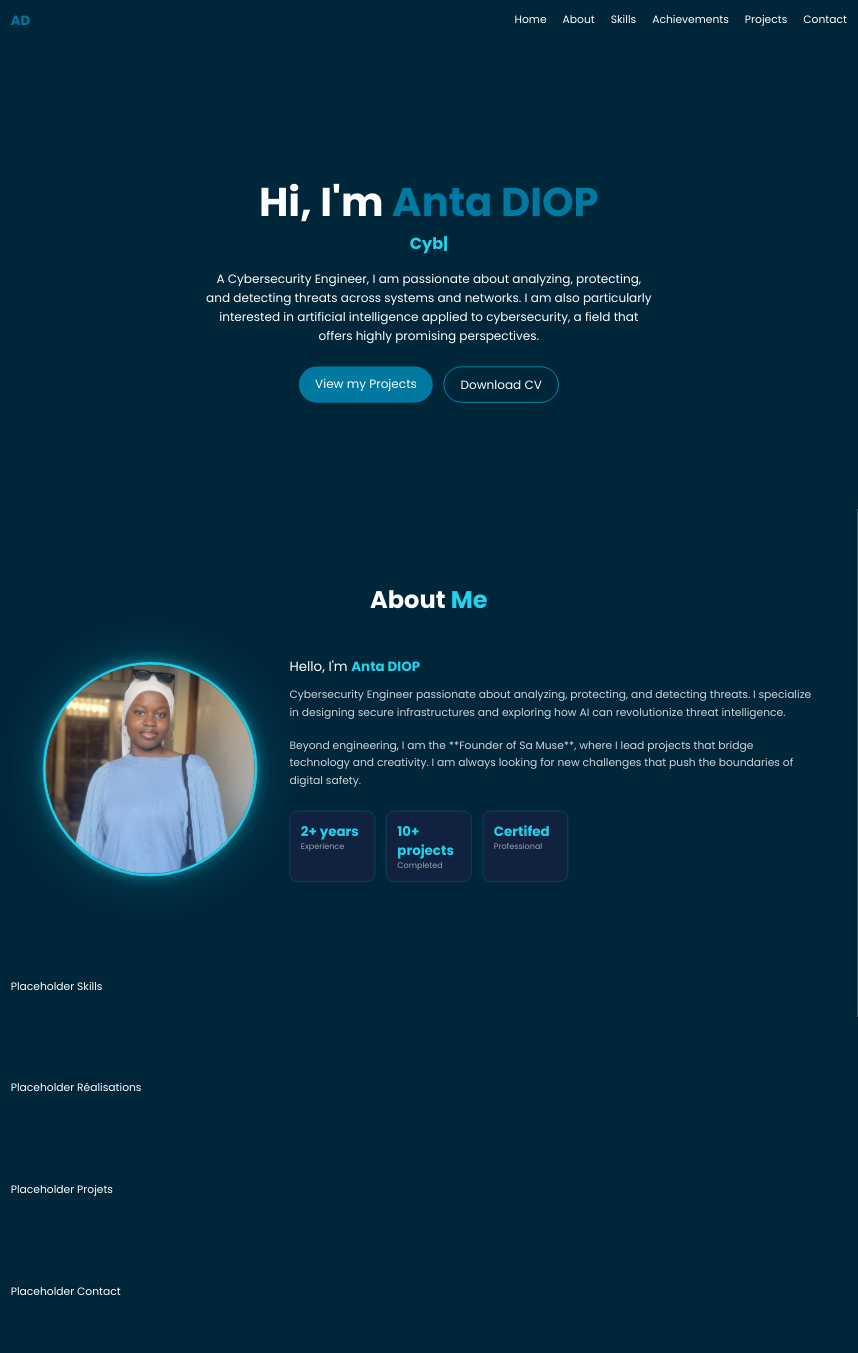
Repository: AntaaaKD/Mon-Portfolio
Page: /
The author's editor kept a copy of each file at every save. The page is drawn from the files as they stood at one save, then again after the next save.
The browser window is 1280 px wide. The pictures show the whole page, at 67% of full size.
The project was rebuilt for these pictures with package versions that can differ from the ones it lists, and the page was loaded fresh each time.

Above is the page before, as saved 2026-01-14 22:41:26.

### public/index.html
<!DOCTYPE html>
<html lang="en">
  <link href="https://fonts.googleapis.com/css2?family=Poppins:wght@400;600;700&display=swap" rel="stylesheet">
  <head>
    <meta charset="utf-8" />
    <link rel="icon" href="%PUBLIC_URL%/favicon.ico" />
    <meta name="viewport" content="width=device-width, initial-scale=1" />
    <meta name="theme-color" content="#000000" />
    <meta
      name="description"
      content="Web site created using create-react-app"
    />
    <link rel="apple-touch-icon" href="%PUBLIC_URL%/logo192.png" />
    <!--
      manifest.json provides metadata used when your web app is installed on a
      user's mobile device or desktop. See https://developers.google.com/web/fundamentals/web-app-manifest/
    -->
    <link rel="manifest" href="%PUBLIC_URL%/manifest.json" />
    <!--
      Notice the use of %PUBLIC_URL% in the tags above.
      It will be replaced with the URL of the `public` folder during the build.
      Only files inside the `public` folder can be referenced from the HTML.

      Unlike "/favicon.ico" or "favicon.ico", "%PUBLIC_URL%/favicon.ico" will
      work correctly both with client-side routing and a non-root public URL.
      Learn how to configure a non-root public URL by running `npm run build`.
    -->
    <title>React App</title>
  </head>
  <body>
    <noscript>You need to enable JavaScript to run this app.</noscript>
    <div id="root"></div>
    <!--
      This HTML file is a template.
      If you open it directly in the browser, you will see an empty page.

      You can add webfonts, meta tags, or analytics to this file.
      The build step will place the bundled scripts into the <body> tag.

      To begin the development, run `npm start` or `yarn start`.
      To create a production bundle, use `npm run build` or `yarn build`.
    -->
  </body>
</html>

### src/index.css
@tailwind base;
@tailwind components;
@tailwind utilities;

body {
  margin: 0;
  font-family: 'Poppins', sans-serif;
  -webkit-font-smoothing: antialiased;
  -moz-osx-font-smoothing: grayscale;
}

code {
  font-family: source-code-pro, Menlo, Monaco, Consolas, 'Courier New',
    monospace;
}

### src/App.js
import React from 'react';
import Navbar from './components/Navbar';
import Home from './components/Home';  // Ajoute cet import
import About from './components/About';

function App() {
  return (
    <div className="min-h-screen bg-custom-blue text-white">
      <Navbar />
      <main className="container mx-auto p-4">
        <Home />  {/* Remplace le placeholder */}
        <About />
        <section id="skills" className="py-16">Placeholder Skills</section>
        <section id="achievements" className="py-16">Placeholder Réalisations</section>
        <section id="projects" className="py-16">Placeholder Projets</section>
        <section id="contact" className="py-16">Placeholder Contact</section>
      </main>
    </div>
  );
}

export default App;

### src/components/Navbar.jsx
import React, { useState, useEffect } from 'react';

const Navbar = () => {
  const [scrolled, setScrolled] = useState(false);

  useEffect(() => {
    const handleScroll = () => {
      if (window.scrollY > 50) {
        setScrolled(true);
      } else {
        setScrolled(false);
      }
    };

    window.addEventListener('scroll', handleScroll);
    return () => window.removeEventListener('scroll', handleScroll);
  }, []);

  return (
    <nav
        className={`p-4 sticky top-0 z-10 transition-all duration-300 ${
            scrolled
            ? 'bg-custom-blue bg-opacity-0 backdrop-blur-md'  // Semi-transparent (30%) + blur fort
            : 'bg-custom-blue'  // Bleu solide au top
        }`}
    >
        <div className="container mx-auto flex justify-between items-center">
            <h1 className="text-xl font-bold text-blue-text">AD</h1>
            <ul className="flex space-x-6 text-white">
            <li><a href="#home" className="hover:text-cyan-300">Home</a></li>
            <li><a href="#about" className="hover:text-cyan-300">About</a></li>
            <li><a href="#skills" className="hover:text-cyan-300">Skills</a></li>
            <li><a href="#achievements" className="hover:text-cyan-300">Achievements</a></li>
            <li><a href="#projects" className="hover:text-cyan-300">Projects</a></li>
            <li><a href="#contact" className="hover:text-cyan-300">Contact</a></li>
            </ul>
        </div>
    </nav>
  );
};

export default Navbar;

### src/components/Home.jsx
import React, { useEffect, useRef } from 'react';
import Typed from 'typed.js';

const Home = () => {
  // Création d'une référence pour l'élément qui accueillera l'animation
  const el = useRef(null);

  useEffect(() => {
    const typed = new Typed(el.current, {
      strings: [
        "Cybersecurity Engineer",
        "Founder of Sa Muse",
      ],
      typeSpeed: 100,
      backSpeed: 90,
      loop: true,
    });

    // Nettoyage de l'animation pour éviter les bugs de mémoire
    return () => {
      typed.destroy();
    };
  }, []);

  return (
    <section id="home" className="flex flex-col items-center justify-center h-screen text-center px-4">
      <h1 className="text-6xl font-bold mb-4">
        Hi, I'm <span className="text-blue-text">Anta DIOP</span>
      </h1>

      {/* On applique la ref ici pour l'animation */}
      <h2 className="text-2xl font-bold text-cyan-400 mb-6 h-8">
        <span ref={el}></span>
      </h2>

      <p className="text-lg mb-8 max-w-2xl">
        A Cybersecurity Engineer, I am passionate about analyzing, protecting, and detecting threats across systems and networks.
        I am also particularly interested in artificial intelligence applied to cybersecurity, a field that offers highly promising perspectives.
      </p>

      <div className="flex space-x-4">
        <a href="#projects" className="bg-blue-text text-lg px-6 py-3 rounded-full hover:bg-cyan-400 transition">
            View my Projects
        </a>
        <a href="/cv.pdf" download className="px-6 py-3 rounded-full border border-cyan-500 text-lg hover:bg-cyan-500 hover:text-custom-blue transition">
            Download CV
        </a>
      </div>
    </section>
  );
};

export default Home;

### src/components/About.jsx
import React from 'react';

const About = () => {
  return (
    <section id="about" className="py-20 px-4 bg-custom-blue text-white">
      <div className="max-w-6xl mx-auto">
        {/* Titre de la section */}
        <h2 className="text-4xl font-bold text-center mb-16">
          About <span className="text-cyan-400">Me</span>
        </h2>

        <div className="flex flex-col md:flex-row items-center justify-between gap-12">

          {/* Colonne Image avec l'effet de halo bleu */}
          <div className="relative w-64 h-64 md:w-80 md:h-80">
            <div className="absolute inset-0 rounded-full bg-cyan-400 opacity-20 blur-2xl animate-pulse"></div>
            <div className="relative w-full h-full rounded-full border-4 border-cyan-400 overflow-hidden shadow-[0_0_20px_rgba(34,211,238,0.5)]">
              <img
                src="/image1.png"
                alt="Anta DIOP"
                className="w-full h-full object-cover"
              />
            </div>
          </div>

          {/* Colonne Texte */}
          <div className="flex-1 text-center md:text-left">
            <h3 className="text-xl mb-4">
              Hello, I'm <span className="text-cyan-400 font-bold">Anta DIOP</span>
            </h3>
            <p className="text-gray-300 mb-6 leading-relaxed">
              Cybersecurity Engineer passionate about analyzing, protecting, and detecting threats.
              I specialize in designing secure infrastructures and exploring how AI can revolutionize
              threat intelligence.
            </p>
            <p className="text-gray-300 mb-8 leading-relaxed">
              Beyond engineering, I am the **Founder of Sa Muse**, where I lead projects that
              bridge technology and creativity. I am always looking for new challenges that
              push the boundaries of digital safety.
            </p>

            {/* Cartes de statistiques (comme sur le modèle) */}
            <div className="flex flex-wrap justify-center md:justify-start gap-4">
              <div className="bg-[#112240] p-4 rounded-xl border border-cyan-900 w-32">
                <p className="text-cyan-400 font-bold text-xl">2+ years</p>
                <p className="text-xs text-gray-400">Experience</p>
              </div>
              <div className="bg-[#112240] p-4 rounded-xl border border-cyan-900 w-32">
                <p className="text-cyan-400 font-bold text-xl">10+ projects</p>
                <p className="text-xs text-gray-400">Completed</p>
              </div>
              <div className="bg-[#112240] p-4 rounded-xl border border-cyan-900 w-32">
                <p className="text-cyan-400 font-bold text-xl">Certifed</p>
                <p className="text-xs text-gray-400">Professional</p>
              </div>
            </div>
          </div>

        </div>
      </div>
    </section>
  );
};

export default About;

### tailwind.config.js
/** @type {import('tailwindcss').Config} */
module.exports = {
  content: [
    "./src/**/*.{js,jsx,ts,tsx}",
  ],
  theme: {
    extend: {
      colors: {
        'custom-blue': 'rgb(0, 38, 58)',  // Ton bleu exact ici
        'blue-text': 'rgb(1, 120, 160)',
      },
    },
  },
  plugins: [],
};

Loaded but not shown: src/index.js (common file); src/reportWebVitals.js (common file)

After the next save:
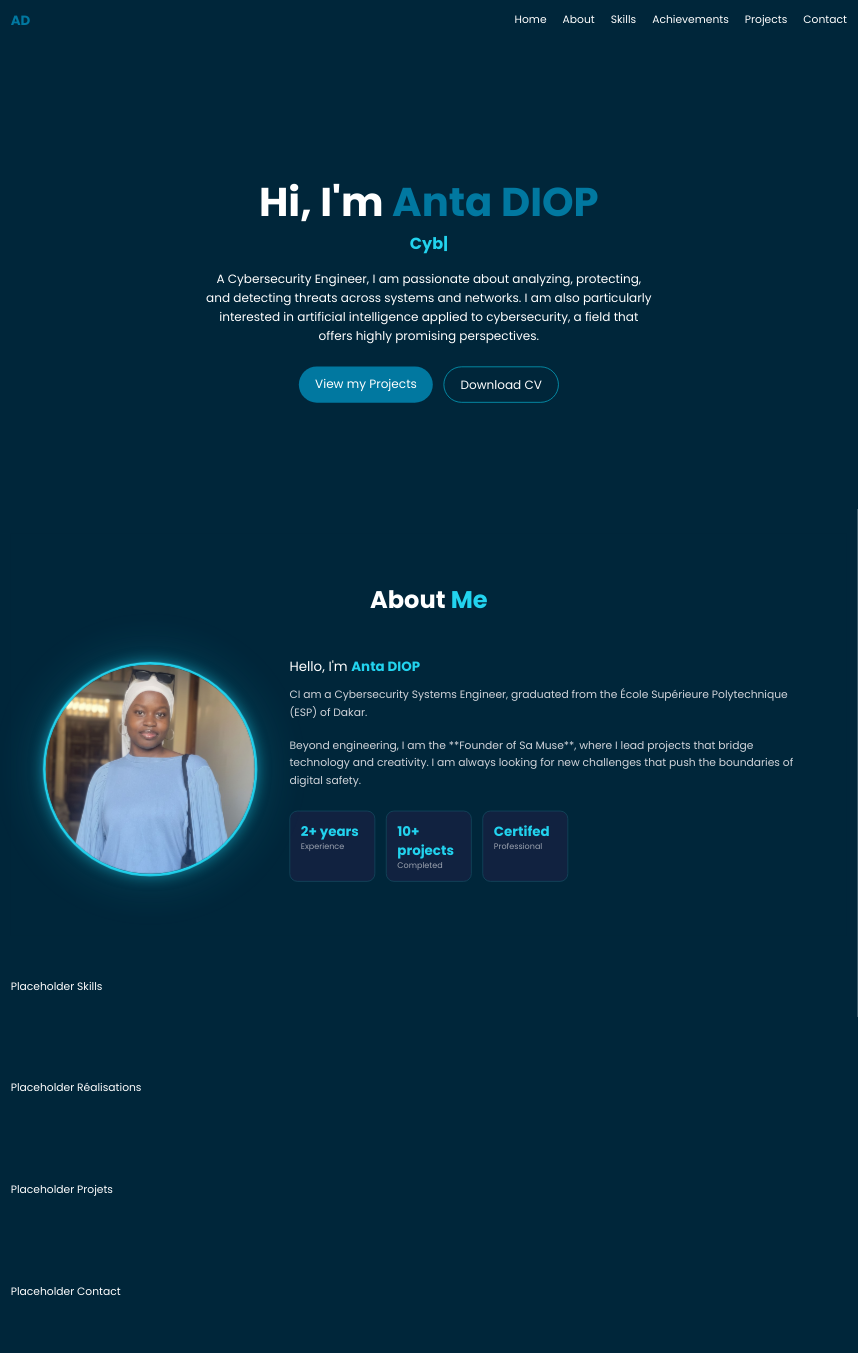
Saved 11 min 11 s later.
--- a/src/components/About.jsx
+++ b/src/components/About.jsx
@@ -29,9 +29,7 @@ const About = () => {
               Hello, I'm <span className="text-cyan-400 font-bold">Anta DIOP</span>
             </h3>
             <p className="text-gray-300 mb-6 leading-relaxed">
-              Cybersecurity Engineer passionate about analyzing, protecting, and detecting threats.
-              I specialize in designing secure infrastructures and exploring how AI can revolutionize
-              threat intelligence.
+              CI am a Cybersecurity Systems Engineer, graduated from the École Supérieure Polytechnique (ESP) of Dakar.
             </p>
             <p className="text-gray-300 mb-8 leading-relaxed">
               Beyond engineering, I am the **Founder of Sa Muse**, where I lead projects that
